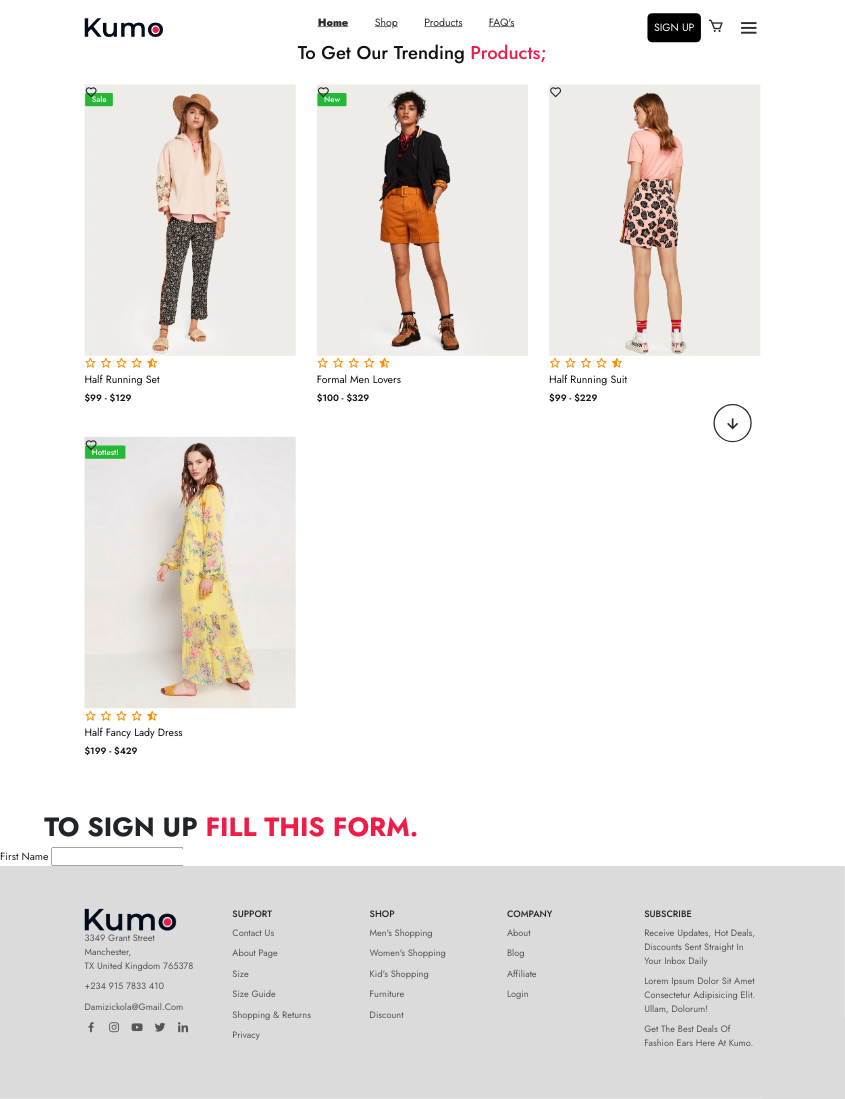
Repository: isaacCodes1/Kumo-Website.
Page: form.html
An editor plug-in stored every save of this project. The page is shown before and after the next save, followed by the edit.
The browser window is 1280 px wide. The pictures show the whole page, at 66% of full size.

Above is the page before, as saved 2024-03-26 11:27:24.

After the next save:
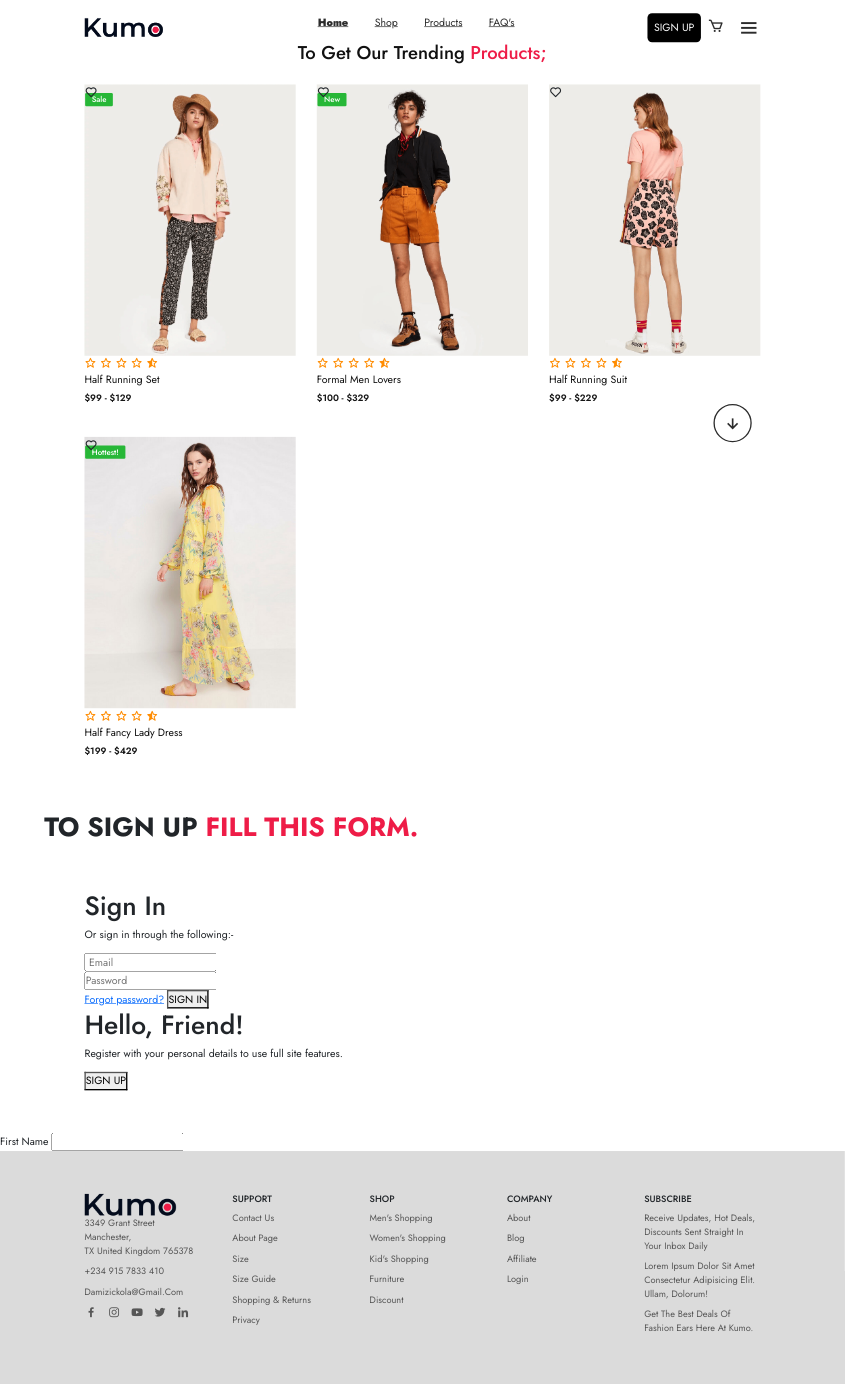
Saved 2 min 39 s later.
--- a/form.html
+++ b/form.html
@@ -142,6 +142,29 @@
       </div>
     </section>
     <h1 class="final">TO SIGN UP <span> FILL THIS FORM.</span></h1>
+    <section class="section1">
+      <div class="formContainer">
+        <form class="form">
+          <h1 class="pro3">Sign In</h1>
+          <p>Or sign in through the following:-</p>
+          <div>
+            <input class="proi" type="email" placeholder=" Email" />
+          </div>
+          <div>
+            <input class="proh" type="password" placeholder="Password" />
+          </div>
+          <a class="forget" href="#">Forgot password?</a>
+          <button class="sign">SIGN IN</button>
+        </form>
+        <div class="contentText">
+          <h1 class="hello">Hello, Friend!</h1>
+          <p>
+            Register with your personal details to use full site features.
+          </p>
+          <button class="pro2">SIGN UP</button>
+        </div>
+      </div>
+    </section>
     <form action="">
       <label for="First Name">First Name</label>
       <input type="text" />
